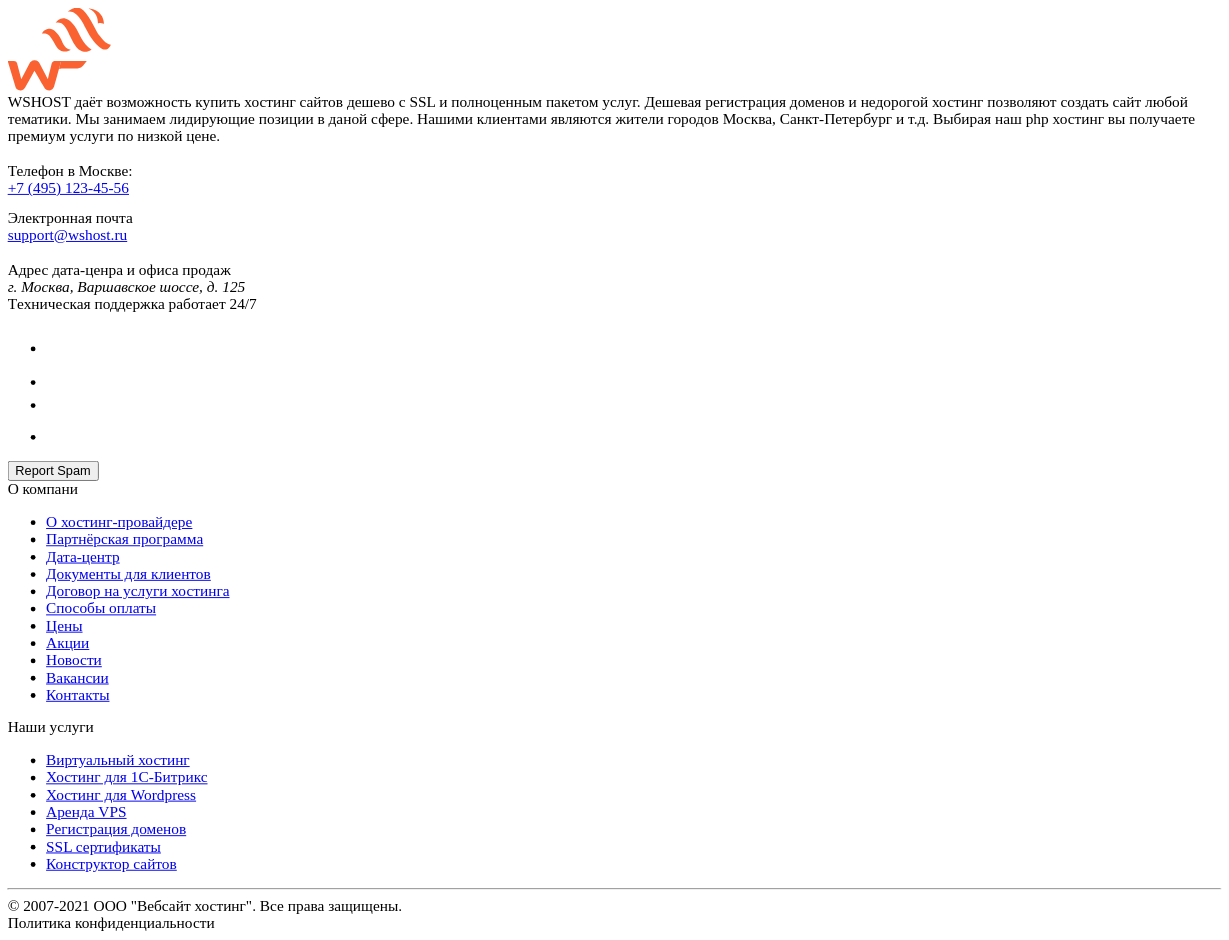
Repository: Inzhir2022/hosting
Page: src/_includes/_footer.html
The author's editor kept a copy of each file at every save. The page is drawn from the files as they stood at one save, then again after the next save.
The browser window is 1280 px wide. The pictures show the whole page, at 96% of full size.

Above is the page before, as saved 2022-07-18 12:06:00.

After the next save:
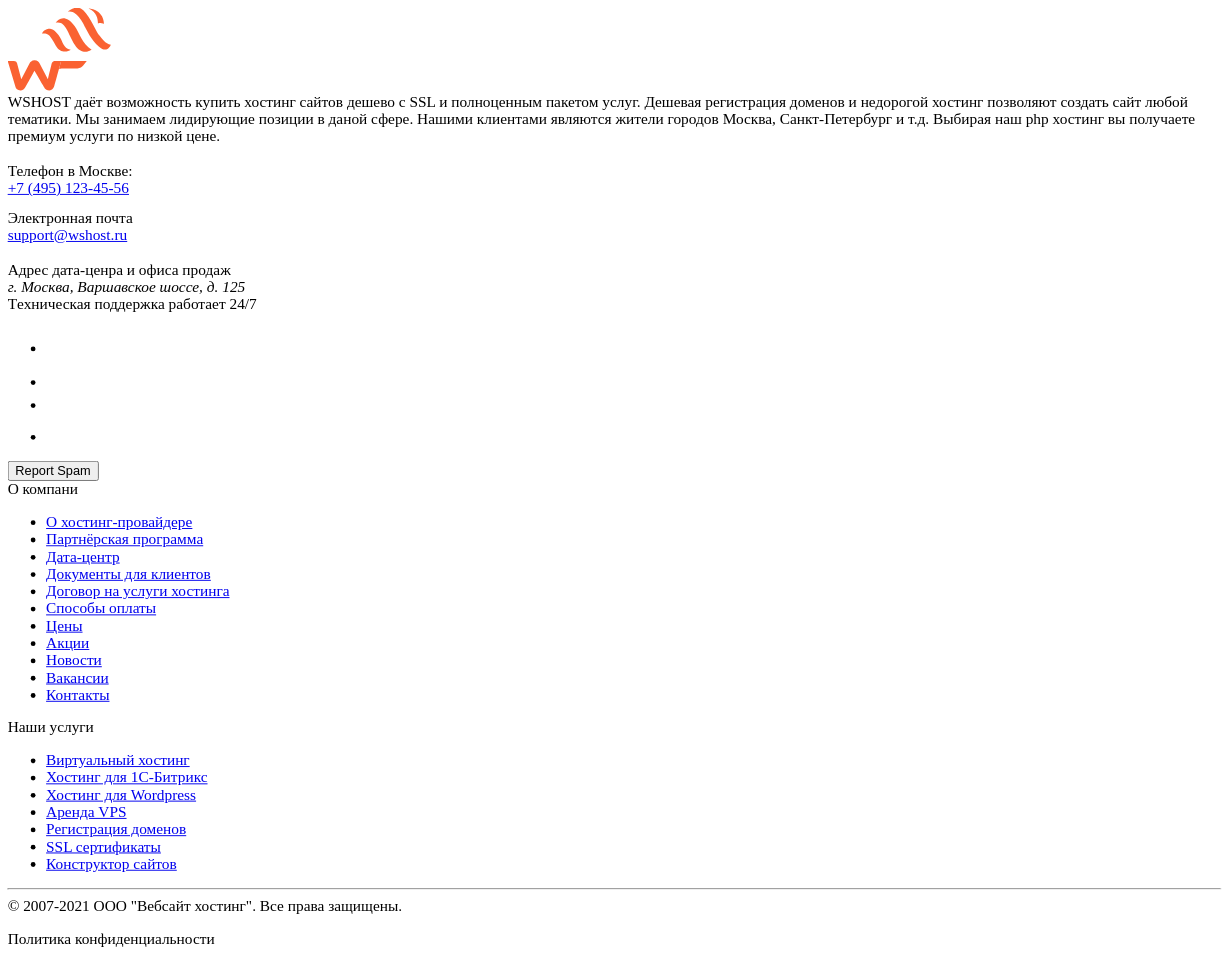
Saved 69 min 10 s later.
--- a/src/_includes/_footer.html
+++ b/src/_includes/_footer.html
@@ -76,6 +76,6 @@
     </div>
     <hr class="footer__hr">
     <div class="footer__copyrights">&copy; 2007-2021 ООО "Вебсайт хостинг". Все права защищены. </div>
-    <div class="footer__policy">Политика конфиденциальности</div>
+    <p class="footer__policy">Политика конфиденциальности</p>
   </div>
 </footer>
